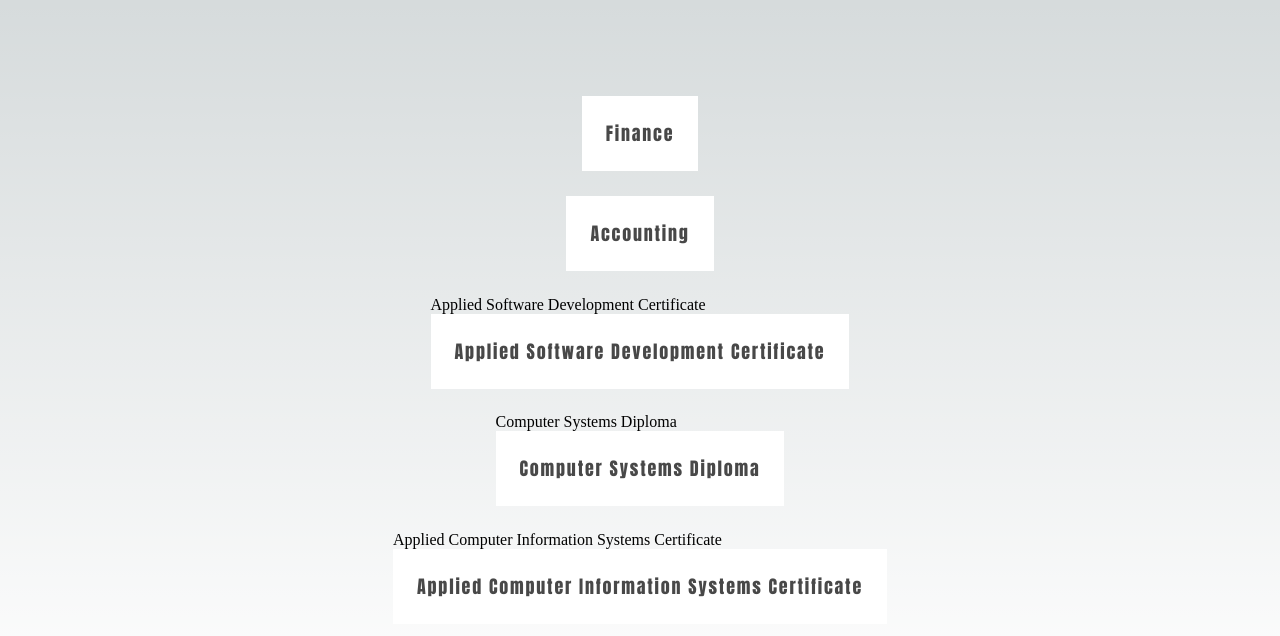
Repository: giovanabirck/class03-vercel-test
Page: /
These files come from the project's save history. The page is drawn as it stood at one moment and after the next save; the edit follows.
The browser window is 1280 px wide. The pictures show the whole page.
The project was rebuilt for these pictures with package versions that can differ from the ones it lists, and the page was loaded fresh each time. The framework's server and built-in components were replaced by stand-ins that run in the browser. Also part of the build but not shown: next.config.js.

Above is the page before, as saved 2023-01-24 21:13:01.

### pages/index.js
import Head from 'next/head'
import Image from 'next/image'
import { Inter } from '@next/font/google'
import styles from '../styles/Home.module.css'
import data from '../data/education.json'
import { useState } from 'react'
import Card from '../components/Card'
import Link from 'next/link'
import Menu from '../components/Menu'

const inter = Inter({ subsets: ['latin'] })

export default function Home() {

  console.log(data);
  const [information, setInformation] = useState([...data]);


  return (
    <>
      <Head>
        <title>Programs</title>
        <meta name="description" content="Generated by create next app" />
        <meta name="viewport" content="width=device-width, initial-scale=1" />
        <link rel="icon" href="/favicon.ico" />
        <Menu/>
      </Head>
      <main className={styles.main}>

        {
          information && information.map((info, index) => {
            if(info.department === "Business") {
              return(
                <div key={index}>

                  <Card key={index} degree={info.degree} color="red" font="10px"/>
                </div>
              )
            }
          })
        }

        {
          information && information.map((info, index) => {
            if(info.department === "Computing") {
              return(
                <div key={index}>
                  {info.degree}
                  <Card key={index} degree={info.degree} color="blue" font="50px"/>
                </div>
              )
            }
          })
        }
      </main>

    </>
  )
}

### data/education.json
[
    {
        "studentNumber": "A0004567",
        "firstName": "Person 1",
        "gpa": 3.8,
        "department": "Business",
        "degree": "Finance",
        "graduted": 2014
    },
    {
        "studentNumber": "A0001234",
        "firstName": "Person 2",
        "gpa": 3.5,
        "department": "Business",
        "degree": "Accounting",
        "graduted": 2010
    },
    {
        "studentNumber": "A0007890",
        "firstName": "Person 3",
        "gpa": 3.2,
        "department": "Computing",
        "degree": "Applied Software Development Certificate",
        "graduted": 2018
    },
    {
        "studentNumber": "A0007828",
        "firstName": "Person 4",
        "gpa": 3.9,
        "department": "Computing",
        "degree": "Computer Systems Diploma",
        "graduted": 2021
    },
    {
        "studentNumber": "A0003425",
        "firstName": "Person 5",
        "gpa": 3.2,
        "department": "Computing",
        "degree": "Applied Computer Information Systems Certificate",
        "graduted": 2021
    }
]

### components/Card/index.js

export default function Card({
    degree  =   "none",
}) {

    return(
        <div style={{
            backgroundColor: "white",
            padding: "24px",
            fontFamily: "Impact",
            color: "#484848",
            fontSize: "18px",
            letterSpacing: "0.1em",
            display: "flex",
        }}>
            {degree}
        </div>
    )
}

### components/Menu/index.js

export default function Menu() {
    return(
        <>
        <div style={{
            display: "flex",
        }}>
            <div className="lateral-menu" style={{
                backgroundColor: 'white',
                width: "20%",
                innerHeight: "500px",
                padding: "40px 40px 350px 24px",
                fontFamily: "Arial",
                fontWeight: "bold",
                color: "#A8A8A8",
                }}>

                <h1 style={{
                    fontFamily: "Impact",
                    fontSize: "40px",
                    color: "#5F7AF2",
                    padding: "16px 16px 56px 16px",
                }}>Future
                    <br></br>
                    University
                </h1>

                <br></br>

                <a className="a-employees" href="about" style={{padding:"16px"}}>Employees</a>

                <br></br>

                <p className="p-programs" style={{padding:"48px 16px 16px 16px", color: "#5F7AF2"}}>Programs</p>

                <br></br>

                <p style={{padding:"16px"}}>Lorem ipsum</p>

                <br></br>

                <p style={{padding:"16px"}}>Lorem ipsum</p>

                <br></br>

                <p style={{padding:"16px"}}>Lorem ipsum</p>
            </div>
            <div>
                <div className="top-menu" style={{
                    backgroundColor: "white",
                    width: "200%",
                    display: "flex",
                    height: "96px",
                    alignItems: "center",
                    justifyContent: "space-between",
                }}>
                    <input placeholder="search" style={{
                        fontFamily: "Arial",
                        fontSize: "14px",
                        color: "#5F7AF2",
                        padding: "16px",
                        border: "solid 2px #5F7AF2",
                        borderRadius: "8px",
                        width: "400px",
                        margin: "24px"
                    }}>
                    </input>
                    <h2 style={{
                        fontFamily: "Arial",
                        fontWeight: "bold",
                        fontSize: "16px",
                        color: "#5F7AF2",
                        padding: "16px 40px 16px 16px"
                        }}>Profile Name</h2>
                </div>
                <div id="main-div" style={{
                    backgroundColor: "#EAEBF1",
                    width: "200%",
                    height: "89%"
                }}>
                </div>
            </div>
        </div>
        </>
    )
}

Loaded but not shown: pages/_app.js (common file); pages/_document.js (common file); styles/globals.css (common file); styles/Home.module.css (common file)

After the next save:
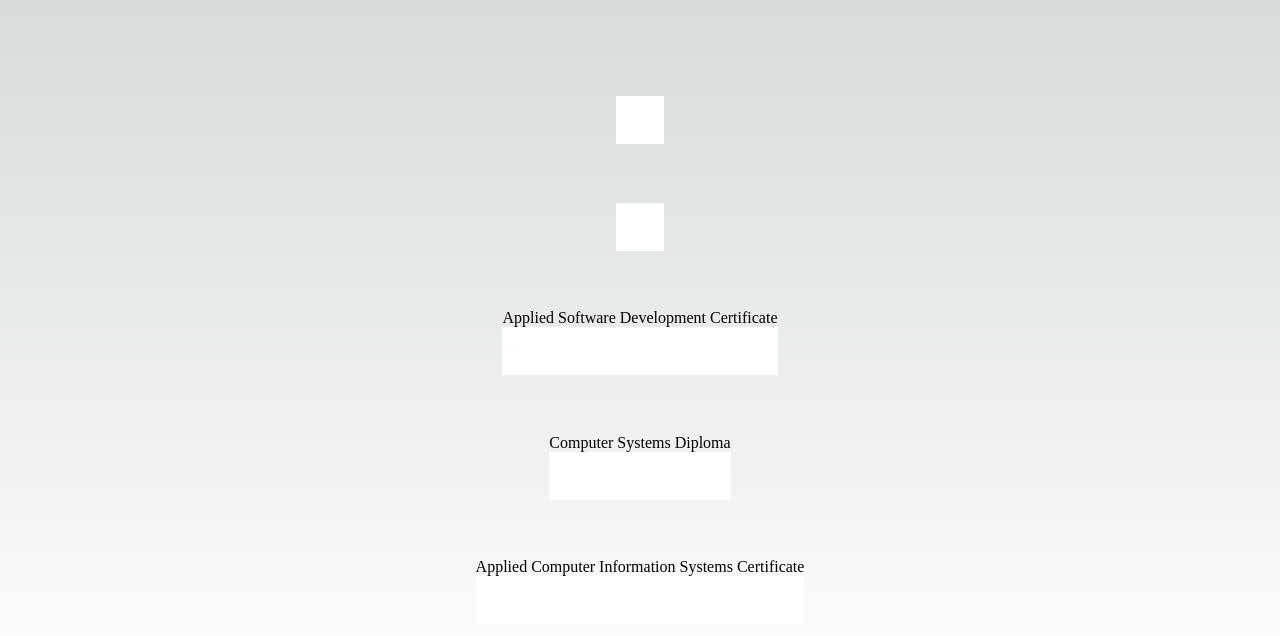
Saved 7 s later.
--- a/components/Card/index.js
+++ b/components/Card/index.js
@@ -13,7 +13,6 @@
             letterSpacing: "0.1em",
             display: "flex",
         }}>
-            {degree}
         </div>
     )
 }

After the 3 saves that followed:
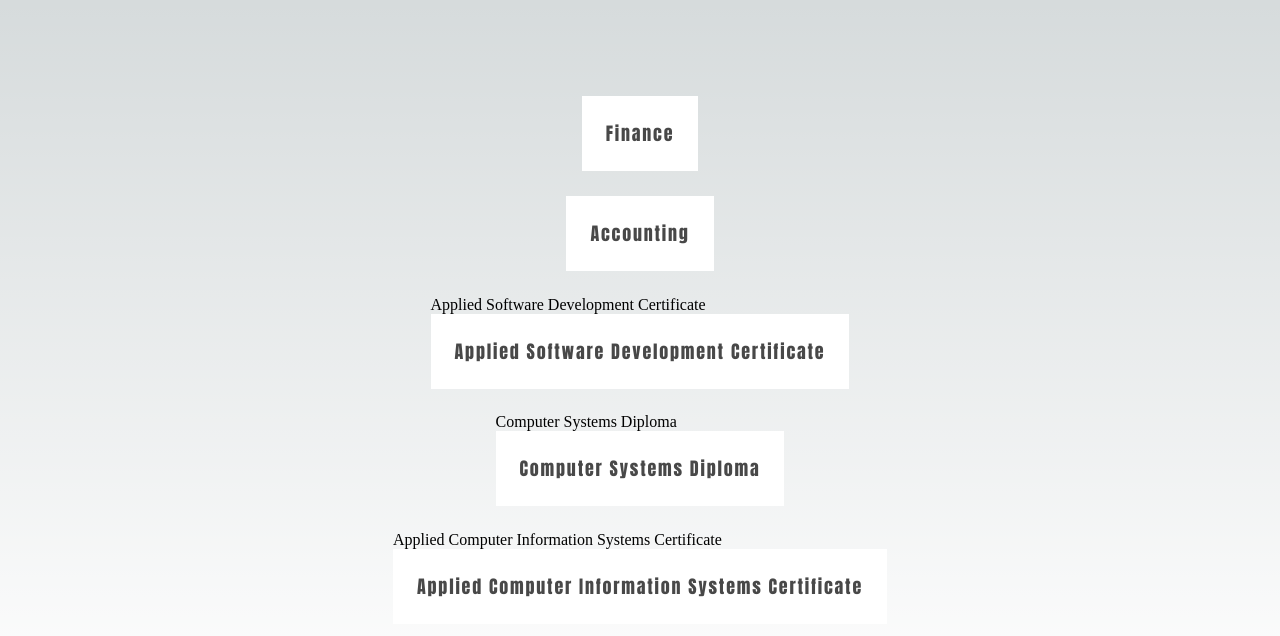
The 3 saves are shown as one change because 1 did not build or start and some came seconds apart.
The last was saved 11 s later.
--- a/components/Card/index.js
+++ b/components/Card/index.js
@@ -13,6 +13,7 @@
             letterSpacing: "0.1em",
             display: "flex",
         }}>
+            {degree}
         </div>
     )
 }
